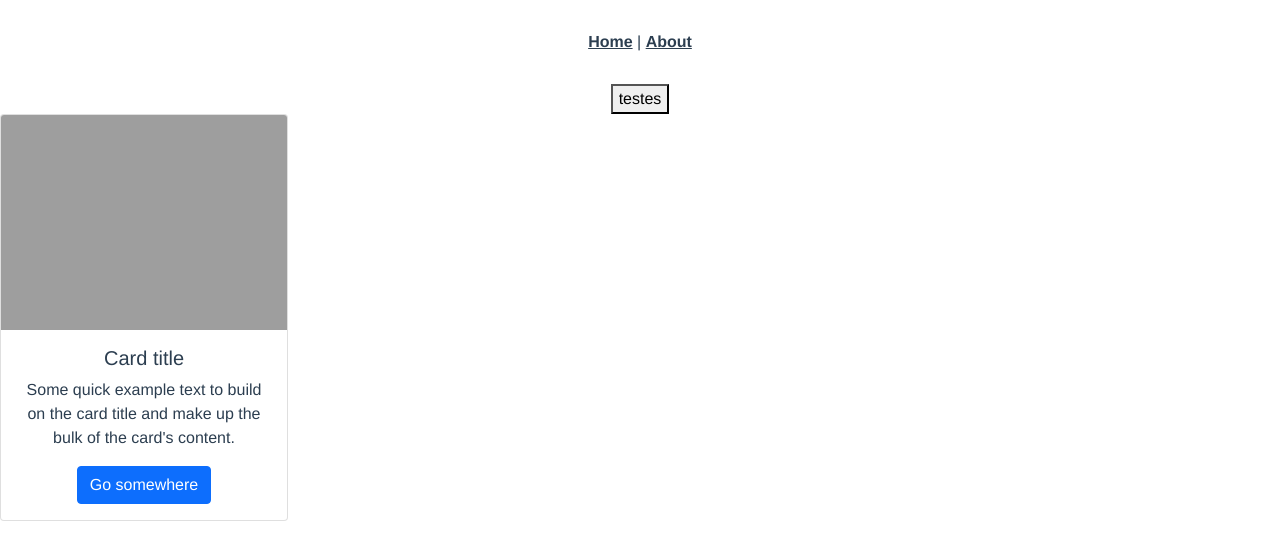
Repository: caiomitsuo/ContactsVueJs
Page: /lista
The author's editor kept a copy of each file at every save. The page is drawn from the files as they stood at one save, then again after a run of saves.
The browser window is 1280 px wide. The pictures show the whole page.
Pictures or frames that could not be fetched are drawn as grey boxes. The page's requests for data from a server got no answer. The project was rebuilt for these pictures with package versions that can differ from the ones it lists, and the page was loaded fresh each time. No one was signed in, and anything a server would have sent is missing. Also part of the build but not shown: vue.config.js, src/components/HelloWorld.vue, src/views/HomeView.vue. Imported but missing from the stored project, and not drawn on this page: ....

Above is the page before, as saved 2022-04-30 12:22:56.

After the next 3 saves:
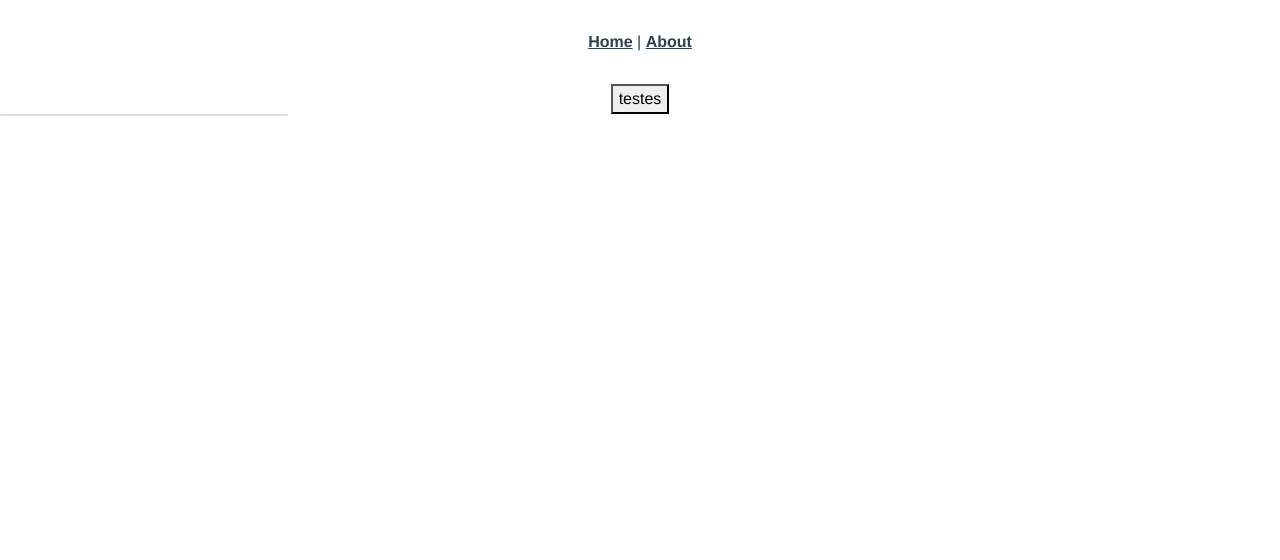
The 3 saves are shown as one change because they came seconds apart.
The last was saved 12 s later.
--- a/src/views/ListView.vue
+++ b/src/views/ListView.vue
@@ -2,13 +2,7 @@
   <div>
       <button>testes</button>
       <div class="card" style="width: 18rem;">
-  <img class="card-img-top" src="..." alt="Card image cap">
-  <div class="card-body">
-    <h5 class="card-title">Card title</h5>
-    <p class="card-text">Some quick example text to build on the card title and make up the bulk of the card's content.</p>
-    <a href="#" class="btn btn-primary">Go somewhere</a>
-  </div>
-</div>
+      </div>
   </div>
 </template>
 

After the save that followed:
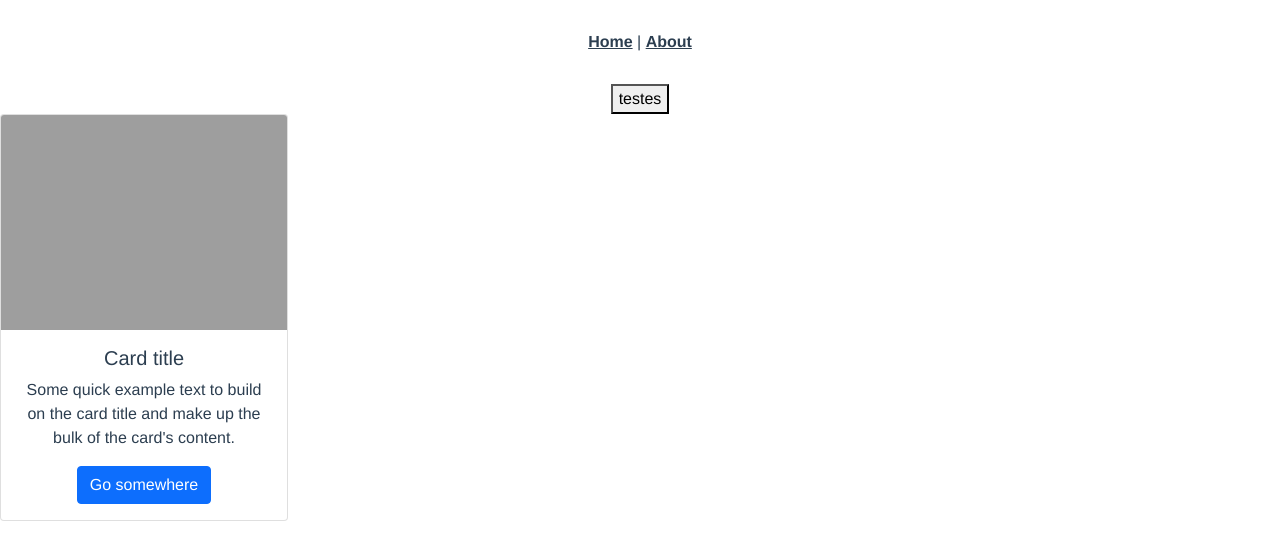
Saved 24 s later.
--- a/src/views/ListView.vue
+++ b/src/views/ListView.vue
@@ -2,6 +2,12 @@
   <div>
       <button>testes</button>
       <div class="card" style="width: 18rem;">
+            <img class="card-img-top" src="..." alt="Card image cap">
+  <div class="card-body">
+    <h5 class="card-title">Card title</h5>
+    <p class="card-text">Some quick example text to build on the card title and make up the bulk of the card's content.</p>
+    <a href="#" class="btn btn-primary">Go somewhere</a>
+  </div>
       </div>
   </div>
 </template>
